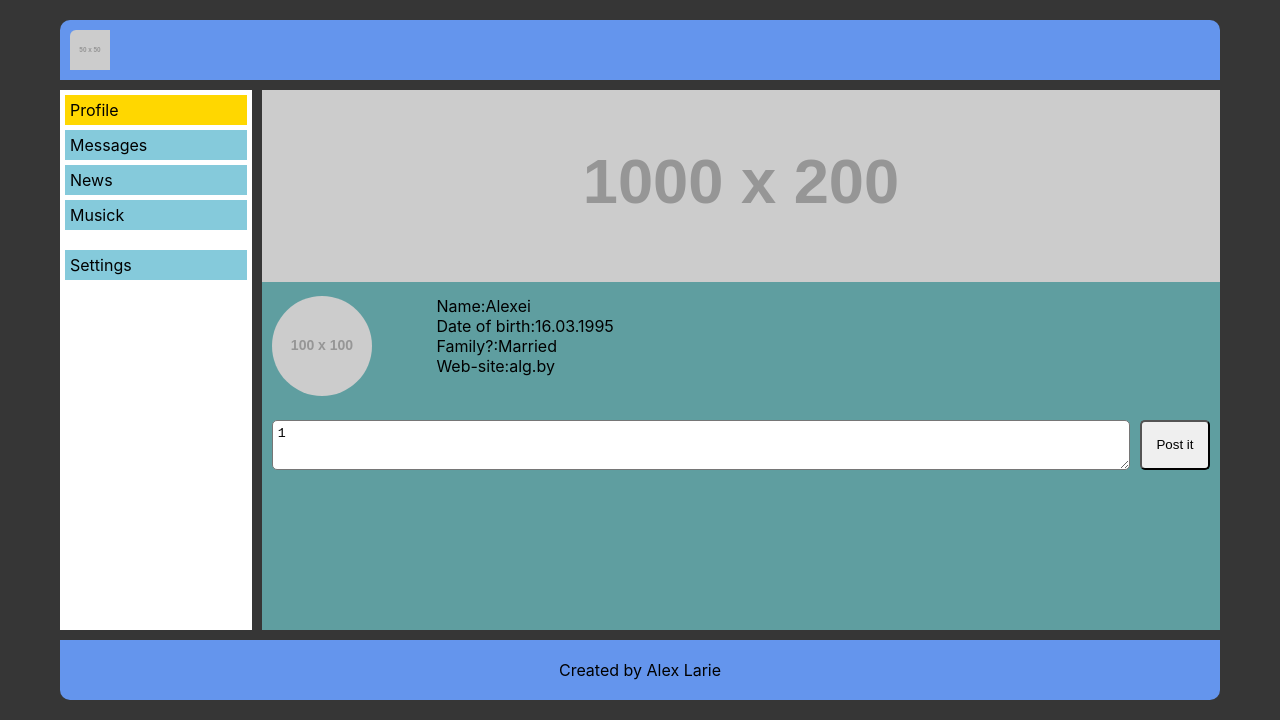
Repository: AlexLarie/ReactSocialNetwork
Page: /profile
An editor plug-in stored every save of this project. The page is shown before and after the next save, followed by the edit.
The browser window is 1280 px wide. The pictures show the whole page.
The project was rebuilt for these pictures with package versions that can differ from the ones it lists, and the page was loaded fresh each time. Also part of the build but not shown: src/components/content/profile/PostPrev/PrevItem/prev__item.module.css, src/components/content/profile/PostPrev/PrevItem/PrevItem.js, src/components/dialogs/dialogs.module.css, src/components/dialogs/Sender/sender.css, src/components/dialogs/Sender/Sender.js, src/components/dialogs/Messages/message.css, src/components/dialogs/Messages/Message.js, src/components/dialogs/Messages/createMessage.css and 12 more.

Above is the page before, as saved 2021-04-05 19:07:04.

### src/index.js
import './index.css';
import store from './redax/redux-store';
import reportWebVitals from './reportWebVitals';
import React from 'react';
import ReactDOM from 'react-dom';
import App from './App';

let rerenderEntireTree = (state) => {
   // console.log(store);
   // debugger;
   ReactDOM.render(
      <React.StrictMode>
         <App state = {state}
         // changeLikes = {store.changeLikes.bind(store)}
         dispatch = {store.dispatch.bind(store)}
         />
      </React.StrictMode>,
      document.getElementById('root')
   );
};

rerenderEntireTree(store.getState());

store.subscribe(()=>{
   let state = store.getState();
   rerenderEntireTree(state);
});


// If you want to start measuring performance in your app, pass a function
// to log results (for example: reportWebVitals(console.log))
// or send to an analytics endpoint. Learn more: https://bit.ly/CRA-vitals
reportWebVitals();

### src/redax/redux-store.js
import { combineReducers, createStore } from "redux";
import dialogsReducer from "./dialogs-reducer";
import newsReducer from "./news-reducer";
import profileReducer from "./profile-reducer";

let reducers = combineReducers({
   profilePage: profileReducer,
   dialogsPage: dialogsReducer,
   newsPage: newsReducer});

let store = createStore(reducers);

export default store

### src/App.js
import React from "react";
import Header from "./components/header/Header";
import Nav from "./components/nav/Nav";
import Content from "./components/content/Content";
import Footer from "./components/footer/Footer"
import './App.css';
import Dialogs from "./components/dialogs/Dialogs";
import './components/content/content.css';
import { BrowserRouter, Route } from "react-router-dom";
import News from './components/news/News';
import Musick from './components/musick/Musick';
import Settings from './components/settings/Settings';


function App(props) {
  return (
    <BrowserRouter>
      <div className="wrapper">
        <Header/>
        <Nav/>
        <div className = "content">
          <Route path='/profile' render={()=> <Content changeLikes = {props.changeLikes} data = {props.state.profilePage} dispatch = {props.dispatch}/>}/>
          <Route path='/dialogs' render={()=> <Dialogs data = {props.state.dialogsPage} dispatch = {props.dispatch}/>}/>
          <Route path='/news' render={()=> <News dispatch = {props.dispatch} data = {props.state.newsPage}/>}/>
          <Route path='/musick' render={()=> <Musick/>}/>
          <Route path='/settings' render={()=> <Settings/>}/>
        </div>
        <Footer/>
      </div>
    </BrowserRouter>
  );
}

export default App;

### src/redax/dialogs-reducer.js
const CREATE_NEW_MESSAGE_ITEM = 'CREATE-NEW-MESSAGE-ITEM';
const CHANGE_NEW_MESSAGE = 'CHANGE-NEW-MESSAGE';

let initialState = {
   messages: [

   ],
   dialogs: [
      {id : "1",
      name : "Kristina"},
      {id : "2",
      name : "Aliaksei"},
      {id : "3",
      name : "Kastus"},
      {id : "4",
      name : "Kirill"},
      {id : "5",
      name : "Andrey"},
      {id : "6",
      name : "Vadim"},
      {id : "7",
      name : "Vlad"},
   ],
   newMessage : "",
}

const dialogsReducer = (state = initialState, action) => {


   switch (action.type) {
      case CREATE_NEW_MESSAGE_ITEM:
         let newMessage = {
            id: '3',
            message: state.newMessage,
            name : 'you',
            time :   Date()
         }
         if (newMessage.message != false){
            state.messages.push(newMessage);
         }
         state.newMessage = '';
         break;

      case CHANGE_NEW_MESSAGE:
         state.newMessage = action.newMessageText;
         break;

      default:
         return state;
   }

   // if (action.type === CREATE_NEW_MESSAGE_ITEM){
   //    let newMessage = {
   //       id: '3',
   //       message: state.newMessage,
   //       name : 'you',
   //       time :   Date()
   //    }
   //    if (newMessage.message != false){
   //       state.messages.push(newMessage);
   //    }
   //    state.newMessage = '';
   //    // this.rerenderEntireTree(this._state);


   // } else if (action.type === CHANGE_NEW_MESSAGE){
   //    state.newMessage = action.newMessageText;
   //    // this.rerenderEntireTree(this._state);
   // }

   return state
}

export const createMessageItemActionCreator = (newMessageChange)=> ({
   type: CREATE_NEW_MESSAGE_ITEM,
   newMessageChange: newMessageChange
})

export const changeNewMessageStateActionCreator = (text) => ({
   type: CHANGE_NEW_MESSAGE,
   newMessageText: text
})

export default dialogsReducer

### src/redax/news-reducer.js
let initialState = {
   news: [

   ],
}
const newsReducer = (state = initialState, action) => {


   return state
}

export default newsReducer;

### src/redax/profile-reducer.js
const ADD_POST = 'ADD-POST';
const NEW_TEXT_CHANGE = 'NEW-TEXT-CHANGE';

let initialState = {
   posts: [

   ],
   newPostText : "1",
   lastId : "5"
}

const profileReducer = (state = initialState, action) => {
   switch (action.type) {
      case ADD_POST:
         state.lastId++
         let newPost= {
            id: state.lastId,
            name: 'Aliaksei',
            text: state.newPostText,
            likes: '0',
            date: Date()
         }
         if (newPost.text != false){
            state.posts.push(newPost);
            // this._state.newsPage.news.push(newPost);
         }
         state.newPostText = '';
         break;

      case NEW_TEXT_CHANGE:
         state.newPostText = action.newText;
         console.log(state.lastId)
         debugger
         break;
      default:
         return state;
   }

   // if (action.type === ADD_POST){
   //    state.lastId++
   //    let newPost= {
   //       id: state.lastId,
   //       name: 'Aliaksei',
   //       text: state.newPostText,
   //       likes: '0',
   //       date: Date()
   //    }
   //    if (newPost.text != false){
   //       state.posts.push(newPost);
   //       // this._state.newsPage.news.push(newPost);
   //    }
   //    state.newPostText = '';



   // } else if (action.type === NEW_TEXT_CHANGE){
   //    state.newPostText = action.newText;
   // }

   return state;
}

export const addPostActionCreator = () => ({
   type: ADD_POST
})

export const newTextChangActionCreator = (newText) => ({
   type: NEW_TEXT_CHANGE,
   newText: newText
})


export default profileReducer

### src/components/header/Header.js
import React from 'react';
import { NavLink } from 'react-router-dom';
import './header.css';

const Header = () => {
   return(
      <header className="header">
      <NavLink to='/profile'><img src="https://via.placeholder.com/50" alt = "logo"/></NavLink>
      </header>
   )
}

export default Header;

### src/components/nav/Nav.js
import React from "react";
import { NavLink } from "react-router-dom";
import './nav.css';

const Nav = () => {
  return (
    <nav className="nav">
      <div>
        <NavLink to = '/profile'>Profile</NavLink>
      </div>
      <div>
        <NavLink to = '/dialogs'>Messages</NavLink>
      </div>
      <div>
        <NavLink to = '/news'>News</NavLink>
      </div>
      <div>
        <NavLink to = '/musick'>Musick</NavLink>
      </div>
      <div>
        <NavLink to = '/settings'>Settings</NavLink>
      </div>
    </nav>
  )
}

export default Nav;

### src/components/content/Content.js
import React from 'react';
import Profile from './profile/profile/Profile';
import Post__new from './profile/PostNew/Post__new';
import Post__prev from './profile/PostPrev/PostPrev';
import './content.css';
import Post__new__container from './profile/PostNew/Post__new__container';


const Content = (props) => {
   return(
      <div className = "content">
         <img src = "https://via.placeholder.com/1000x200" alt = "wrapper" className = 'content__img'/>
         <Profile name = 'Alexei' date = '16.03.1995' web = 'alg.by' family = 'Married'/>
         <Post__new__container addPost = {props.addPost} updateNewPostText = {props.updateNewPostText}
          dispatch = {props.dispatch}
          newPostText = {props.data.newPostText}
         />
         <Post__prev changeLikes = {props.changeLikes} posts = {props.data.posts}/>
      </div>
   )
}

export default Content;

### src/components/footer/Footer.js
import React from 'react';
import './footer.css';

const Footer = () => {
   return (
      <div className = "footer">
         Created by Alex Larie
      </div>
   )
}

export default Footer;

### src/App.css
*{
  box-sizing: border-box;
  padding: 0px;
  margin: 0px;
}

body{
  background-color: rgb(54, 54, 54);
}

.wrapper{
  padding: 20px;
  display: grid;
  grid-template-areas: 'header header'
  'nav content'
  'footer footer';
  min-height: 100vh;
  grid-template-rows: 60px 1fr 60px;
  grid-template-columns: 1fr 5fr;
  grid-gap: 10px;
  max-width: 1200px;
  margin: 0 auto;
}

### src/components/content/content.css
.content{
   grid-area: content;
   background-color: cadetblue;
}

.content__img{
   width: 100%;
   object-fit: cover;
   max-height: 200px;
}

### src/components/header/header.css
.header{
   grid-area: header;
   background-color: cornflowerblue;
   padding: 10px;
   border-top-left-radius: 10px;
   border-top-right-radius: 10px;
}

.header img{
   height: 100%;
   border-top-left-radius: 6px;
   overflow: hidden;
}

### src/components/nav/nav.css
.nav{
   grid-area: nav;
   background-color: rgb(255, 255, 255);
   padding: 5px;
}

.nav div:last-child{
   margin-top: 20px;
}

.nav a{
   width: 100%;
   display: flex;
   justify-content: start;
   padding: 5px;
   margin-bottom: 5px;
   text-decoration: none;
   color: black;
   background-color: rgb(133, 202, 219);
   transition: all .3s ease;
}

.nav a.active {
   background-color: gold;
   transition: all .3s ease;
}

### src/components/content/profile/profile/Profile.js
import React from 'react';
import classes from './profile.module.css';

const Profile = (props) => {
   return(
      <div className={`${classes.content__profile} ${classes.profile}`}>
         <div className={classes.profile__img}>
            <img src = "https://via.placeholder.com/100" alt = "avatar"/>
         </div>
         <div className = {classes.profile__text}>
            <div>
               Name:<span id = "name">{props.name}</span>
            </div>
            <div>
               Date of birth:<span id = "date">{props.date}</span>
            </div>
            <div>
               Family?:<span id = "family">{props.family}</span>
            </div>
            <div>
               Web-site:<span id = "web">{props.web}</span>
            </div>
         </div>
      </div>
   )
}

export default Profile;

### src/components/content/profile/PostNew/Post__new.js
import React from 'react';

import classes from './post__new.module.css';

// let addPostActionCreator = () => {
//    return {
//       type: 'ADD-POST'
//    }
// }

// let newTextChangActionCreator = (newText) => {
//    return {
//       type: 'NEW-TEXT-CHANGE',
//       newText: newText
//    }
// }

const Post__new = (props) => {

   let newPostElemet = React.createRef();

   // let newPost = () => {
   //    //props.dispatch(addPostActionCreator());
   //    props.newPost()
   // }

   // let newPostOnChange = () => {
// let newText = newPostElemet.current.value;
   //    props.newPostChange(newText);
   //    //props.dispatch(newTextChangActionCreator(newText));
   // }

   return(
      <div className = {classes.content__new}>
         <textarea onChange = {()=>{
            let newText = newPostElemet.current.value;
            props.newPostChange(newText)
            }} placeholder = "Write something and post it!" value = {props.newPostText} ref = {newPostElemet} ></textarea>
         <button onClick = {props.newPost} className={classes.content__button}>Post it</button>
      </div>
   )
}

export default Post__new;

### src/components/content/profile/PostPrev/PostPrev.js
import React from 'react';
import PrevItem from './PrevItem/PrevItem';
import classes from './post__prev.module.css';

const PostPrev = (props) => {
   let prevPosts = props.posts.map(item => <PrevItem changeLikes = {props.changeLikes} text = {item.text} likes = {item.likes} date = {item.date} id = {item.id}/>)
   return (
      <div className = {classes.prev}>
         {prevPosts}
      </div>
   )
}

export default PostPrev;

### src/components/content/profile/PostNew/Post__new__container.js
import React from 'react';
import { addPostActionCreator, newTextChangActionCreator } from '../../../../redax/profile-reducer';
import Post__new from './Post__new';


// let addPostActionCreator = () => {
//    return {
//       type: 'ADD-POST'
//    }
// }

// let newTextChangActionCreator = (newText) => {
//    return {
//       type: 'NEW-TEXT-CHANGE',
//       newText: newText
//    }
// }

const Post__new__container = (props) => {

   let newPost = () => {
      // props.addPost();
      props.dispatch(addPostActionCreator());
      console.log('change')
   }

   let newPostChange = (newText) => {
      //props.updateNewPostText(newText);

      props.dispatch(newTextChangActionCreator(newText));

   }

   return(
      <Post__new newPost = {newPost} newPostChange = {newPostChange} newPostText = {props.newPostText}/>
   )
}

export default Post__new__container;

### src/components/footer/footer.css
.footer{
   background-color: cornflowerblue;
   grid-area: footer;
   border-bottom-right-radius: 10px;
   border-bottom-left-radius: 10px;
   padding: 5px;
   display: flex;
   justify-content: center;
   align-items: center;
}

### src/components/content/profile/profile/profile.module.css
.profile{
   display: grid;
   grid-template-columns: 1fr 5fr;
   grid-gap: 10px;
   padding: 10px;
}


.profile__text{
   display: flex;
   flex-direction: column;
}

.profile img{
   border-radius: 50%;
   overflow: hidden;
   max-width: 100px;
}

### src/components/content/profile/PostNew/post__new.module.css
.content__button{
   margin-left: 10px;
   border-radius: 5px;
}

.content__new {
   display: grid;
   grid-template-columns: 1fr 80px;
   padding: 10px;
}

.content__new textarea{
   min-height: 50px;
   padding: 5px;
   border-radius: 5px;
}

### src/components/content/profile/PostPrev/post__prev.module.css
.prev{
   padding: 10px;
}

Loaded but not shown: public/index.html (common file); src/index.css (common file); src/reportWebVitals.js (common file)

After the next save:
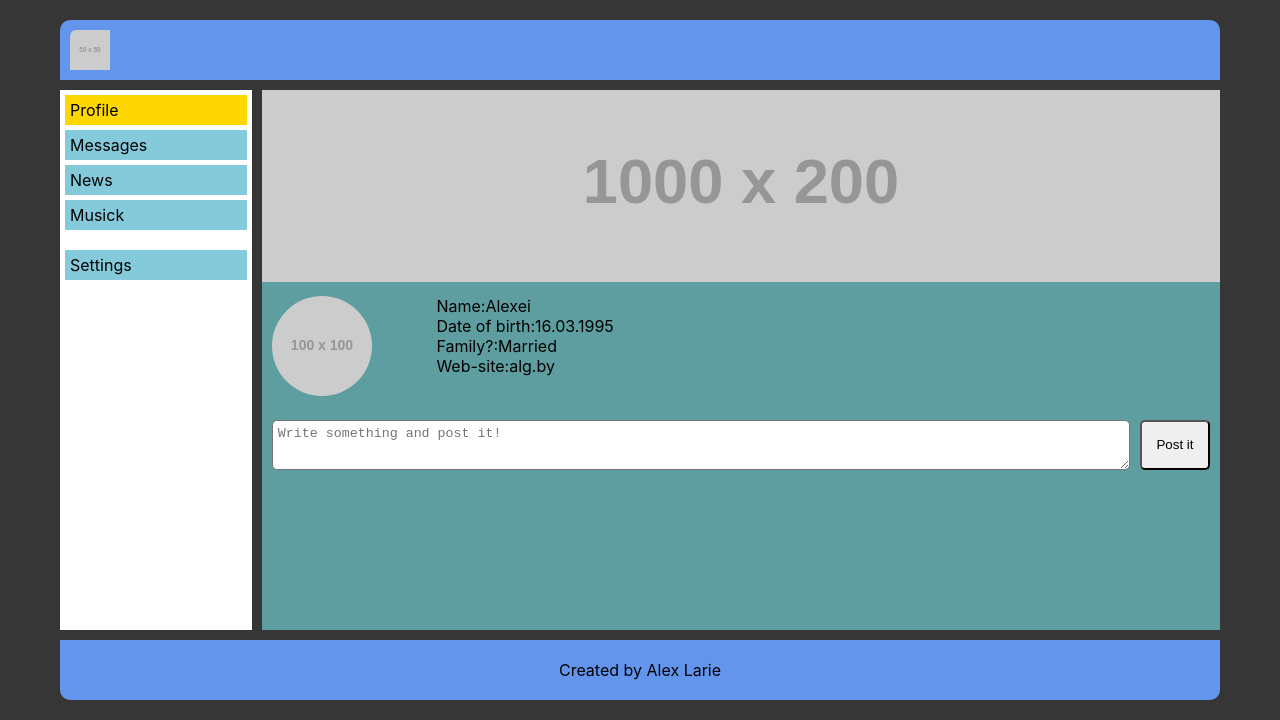
Saved 46 s later.
--- a/src/redax/profile-reducer.js
+++ b/src/redax/profile-reducer.js
@@ -5,7 +5,7 @@ let initialState = {
    posts: [
 
    ],
-   newPostText : "1",
+   newPostText : "",
    lastId : "5"
 }
 
